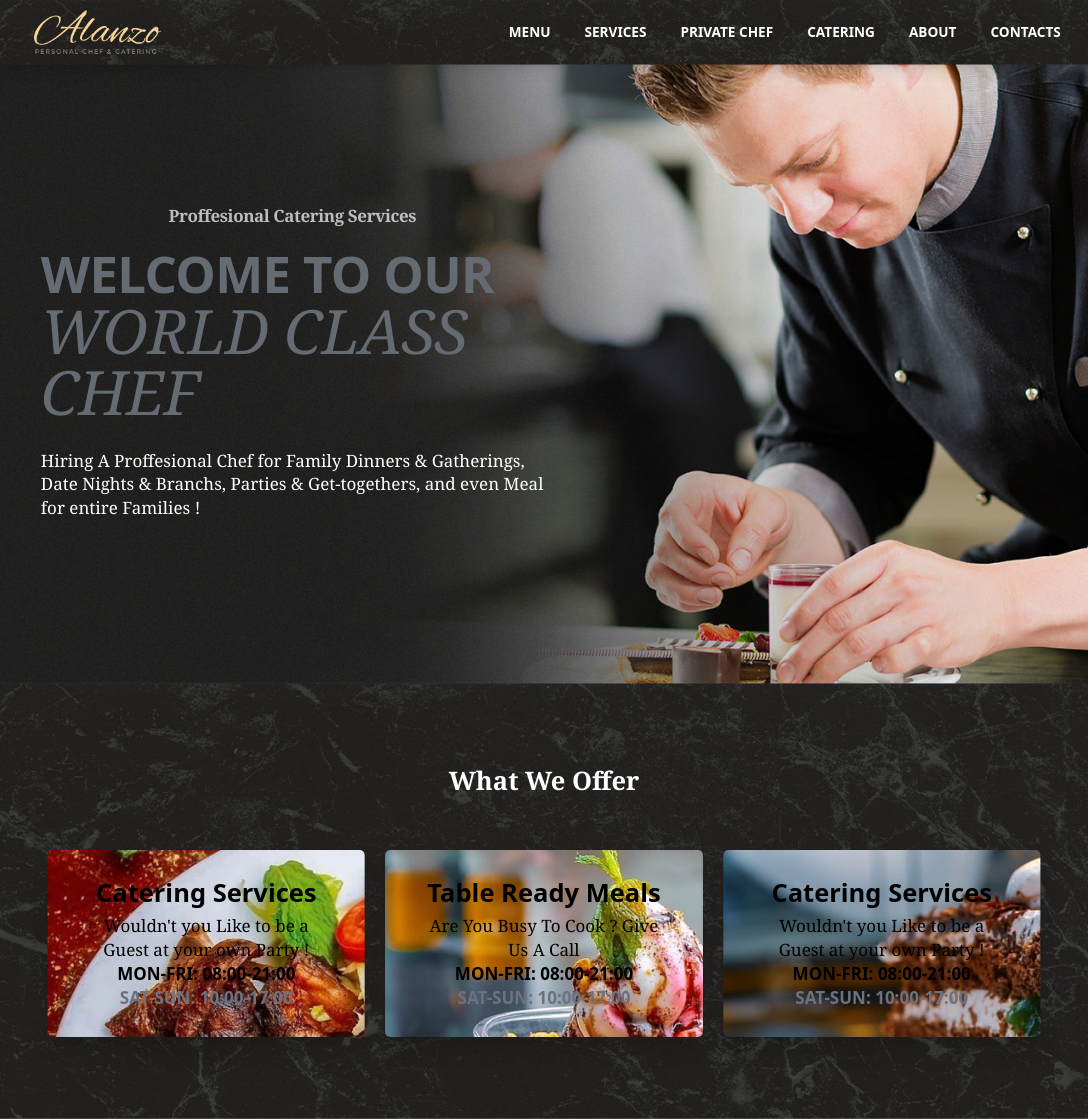
Repository: remydev47/alanzo
Page: /
An editor plug-in stored every save of this project. The page is shown before and after the next save, followed by the edit.
The browser window is 1280 px wide. The pictures show the whole page, at 85% of full size.
The project was rebuilt for these pictures with package versions that can differ from the ones it lists, and the page was loaded fresh each time. The framework's server and built-in components were replaced by stand-ins that run in the browser. Also part of the build but not shown: next.config.js, components/Aboutus.tsx, components/Consulting.tsx, components/Catering.tsx, components/Menu.tsx, components/Testimonials.tsx, components/CTA.tsx, components/Footer.tsx.

Above is the page before, as saved 2022-12-17 12:12:58.

### pages/_app.tsx
import '../styles/globals.css'
import type { AppProps } from 'next/app'
import Navbar from '../components/Navbar'

function MyApp({ Component, pageProps }: AppProps) {
  return (
    <>

      <Component {...pageProps} />
    </>
  )
}

export default MyApp

### pages/index.tsx
import type { NextPage } from 'next'
import Head from 'next/head'
import Image from 'next/image'
import { Hero, Services } from '../components'
import Navbar from '../components/Navbar'


const Home: NextPage = () => {
  return (
    <div className="bg-[url('/images/bg_2.jpg')]">
      <Head>
        <title>Avantos</title>
        <link rel="icon" href="/favicon.ico" />
      </Head>
      <Navbar />
      <Hero />
      <Services />

    </div>
  )
}

export default Home

### components/index.ts
import Hero from "./Hero";
import Services from "./Services";
import Aboutus from "./Aboutus";
import Consulting from "./Consulting";
import Catering from "./Catering";
import Menu from "./Menu";
import Testimonials from "./Testimonials";
import CTA from "./CTA";
import Footer from "./Footer";

export {
    Hero, Services, CTA, Catering, Consulting, Footer, Menu, Aboutus, Testimonials
}

### components/Navbar.tsx
import React from 'react';
import { navLinks } from '../constants';
import Menupopover from './Menupopover';
import Image from 'next/image';
import Logo from './Logo';
import { Button } from './Button';

const Navbar = () => {
  return (
    <header className="fixed inset-x-0 bg-[url('/images/bg_2.jpg')] z-20 flex justify-between items-center py-2 px-2 shadow-lg dark:bg-slate-900 sm:py-3 sm:px-8">
            <div className='flex grow-0 basis-1/3 md:hidden'>
                <Menupopover />
            </div>

             <div className='flex grow-0 ml-2 justify-center md:justify-start'>
                <Logo />

            </div>


            <ul className="list-none sm:flex hidden justify-end items-center flex-1">
            {navLinks.map((nav, index) => (
                <li
                key={nav.id}
                className={`font-bold cursor-pointer text-[16px]
                   ${index === navLinks.length - 1 ? 'mr-0' : 'mr-10'}
                  text-white `}
                >
                    <a>{nav.title}</a>
                </li>
            ))}
           </ul>


        </header>
  )
}

export default Navbar

### components/Hero.tsx
import React from 'react'

const Hero = () => {
  return (
    <section className='relative pt-48 pb-12 xl:pt-60 sm:pb-16 lg:pb-32 xl:pb-48 2xl:pb-56'>
    <div className="absolute inset-0">
     <img className="object-cover w-full h-full" src="/images/hero.jpg" alt="" />
    </div>
   <div className='relative'>
    <div className="px-6 mx-auto sm:px-8 lg:px-12 max-w-7xl">
      <div className="w-full lg:w-2/3 xl:w-1/2">
        <h1 className="font-serif text-xl font-bold tracking-tight text-white text-opacity-70 text-center">Proffesional Catering Services</h1>
        <p className="mt-6 tracking-tighter text-[#656b72]">
          <span className="font-sans font-bold text-6xl">WELCOME TO OUR </span><br />
          <span className="font-serif italic font-BOLD text-7xl">WORLD CLASS CHEF</span>
        </p>
        <p className="mt-8 font-erif text-xl font-serif text-[#fff]">
          Hiring A Proffesional Chef for Family Dinners & Gatherings, Date Nights & Branchs, Parties & Get-togethers, and even Meal for entire Families !
        </p>
      </div>
    </div>
   </div>
  </section>
  )
}

export default Hero

### components/Services.tsx
import React from 'react'
import styles from '../styles'

const Services = () => {
  return (
    <section className={`${styles.paddings} bg-[url('/images/bg_2.jpg')] sm:py-16 lg:py-24`}>
      <div className="px-4 mx-auto max-w-7xl sm:px-6 lg:px-8">
       <div className="max-w-2xl mx-auto text-center">
        <h2 className="text-xl font-bold font-serif leading-tight text-white lg:text-3xl">What We Offer</h2>
       </div>

       <div className="grid max-w-md grid-cols-1 gap-6 mx-auto mt-8 text-center lg:max-w-full lg:mt-16 lg:grid-cols-3">

        <div className="overflow-hidden bg-[url('/images/bg-3.jpg')] shadow-xl border-gray-300 rounded-md">
          <div className="p-8 xl:px-12 flex flex-col items-center justify-center">
             <div className='flex flex-col'>
               <h1 className='text-3xl font-semibold text-black'>Catering Services</h1>
             </div>
             <h2 className='font-normal text-xl font-serif text-black text-center mt-2'>
               Wouldn't you Like to be a Guest at your own Party !
             </h2>
             <p className='text-xl text-black text-center font-bold'>
               MON-FRI: 08:00-21:00
             </p>
             <p className='text-xl text-gray-500 text-center font-bold'>
               SAT-SUN: 10:00-17:00
             </p>
          </div>
        </div>

        <div className="overflow-hidden bg-[url('/images/bg-4.jpg')] shadow-xl border-gray-300 rounded-md">
          <div className="p-8 xl:px-12 flex flex-col items-center justify-center">
             <div className='flex flex-col'>
               <h1 className='text-3xl font-semibold text-black'>Table Ready Meals</h1>
             </div>
             <h2 className='font-normal text-xl font-serif text-black text-center mt-2'>
               Are You Busy To Cook ? Give Us A Call
             </h2>
             <p className='text-xl text-black text-center font-bold'>
               MON-FRI: 08:00-21:00
             </p>
             <p className='text-xl text-gray-500 text-center font-bold'>
               SAT-SUN: 10:00-17:00
             </p>
          </div>
        </div>

        <div className="overflow-hidden bg-[url('/images/bg-5.jpg')] shadow-xl border-gray-300 rounded-md">
          <div className="p-8 xl:px-12 flex flex-col items-center justify-center">
             <div className='flex flex-col'>
               <h1 className='text-3xl font-semibold text-black'>Catering Services</h1>
             </div>
             <h2 className='font-normal text-xl font-serif text-black text-center mt-2'>
               Wouldn't you Like to be a Guest at your own Party !
             </h2>
             <p className='text-xl text-black text-center font-bold'>
               MON-FRI: 08:00-21:00
             </p>
             <p className='text-xl text-gray-500 text-center font-bold'>
               SAT-SUN: 10:00-17:00
             </p>
          </div>
        </div>



       </div>
      </div>
    </section>
  )
}

export default Services

### constants/index.ts
export const navLinks =[
    {
        id:"menu",
        title:"MENU",
    },
    {
        id:"services",
        title:"SERVICES",
    },
    {
        id:"privatechef",
        title:"PRIVATE CHEF",
    },
    {
        id:"catering",
        title:"CATERING",
    },
    {
        id:"aboutus",
        title:"ABOUT",
    },
    {
        id:"contacts",
        title:"CONTACTS",
    },
]

### components/Menupopover.tsx
import React, {useState, Fragment} from 'react';
import { navLinks } from '../constants';
import { IconButton, Button } from './Button';
import { Transition, Dialog } from '@headlessui/react';
import Logo from './Logo';
import Image from 'next/image';

const Menupopover = () => {
  const [isOpen, setIsOpen] = useState(false)

  return (
    <div>
    <IconButton
      variant='ghost'
      aria-label='menu'
      onClick={() => setIsOpen(!isOpen)}
    >
      <svg className='w-6 h-6 ' fill='none' stroke='currentColor'>
        <path
          strokeLinecap='round'
          strokeLinejoin='round'
          strokeWidth={2}
          d='M4 6h16M4 12h16M4 18h16'
        />
      </svg>
    </IconButton>
    <Transition
      show={isOpen}
      appear
      as={Fragment}
      enter='transform transition ease-in-out duration-300'
      enterFrom='-translate-x-full'
      enterTo='translate-x-0'
      leave='transform transition ease-in-out duration-300 delay-200'
      leaveFrom='translate-x-0'
      leaveTo='-translate-x-full'
     >
     <Dialog
       as='div'
       className={`fixed inset-0 z-50`}
       onClose={setIsOpen}
       open={isOpen}
       >
       <Transition.Child
         as={Fragment}
         enter='ease-out duration-300 delay-300'
         enterFrom='opacity-0'
         enterTo='opacity-100'
         leave='ease-in duration-200'
         leaveFrom='opacity-100'
         leaveTo='opacity-0'
       >

        <Dialog.Overlay
          className={`fixed inset-0 bg-black/20 backdrop-blur-sm dark:bg-gray-900/80`}
         />
      </Transition.Child>
       <div className={styles.dialogcontainer}>
        <a className='mx-auto mt-4 flex w-[140px] '>
          <Logo />
        </a>
        <ul
            className={styles.navWrapper2}
         >
            {navLinks.map((nav, index) => (
                <li
                 key={nav.id}
                 className={` font-bold cursor-pointer text-[16px]
                  mt-2 border-t border-slate-200 py-4 dark:border-slate-600
                  ${index === navLinks.length - 1 ? 'mr-0' : 'mb-4'}
                  text-white `}
                >
                 <a href={`#${nav.id}`}>
                    {nav.title}
                 </a>
                </li>
             ))}
         </ul>

        <IconButton
          variant='ghost'
          aria-label='close menu'
          className='absolute top-5 right-5'
          onClick={() => setIsOpen(false)}
        >
          <svg
            viewBox='0 0 10 10'
            className='h-2.5 w-2.5 overflow-visible'
            aria-hidden='true'
          >
            <path
                d='M0 0L10 10M10 0L0 10'
                fill='none'
                stroke='currentColor'
                strokeWidth='2'
                strokeLinecap='round'
              />
          </svg>
        </IconButton>
       </div>
     </Dialog>
    </Transition>
  </div>
  )
}

export default Menupopover;

const styles ={
  dialogcontainer:`fixed top-0 bottom-0 left-0 w-full max-w-xs rounded-r-xl bg-[#092341] p-6 shadow-lg dark:bg-gray-800`,
  menuitems:`group relative flex h-9 items-center oveflow-hidden rounded-md hover:bg-slate-200/50`,
  navWrapper2:`list-none flex flex-col justify-end items-center flex-1`,
}

### components/Logo.tsx
import React from 'react'
import Image from 'next/image'

const Logo = () => {
  return (
    <div>
      <Image
        src='/images/logo.png'
        alt='Alanzo'
        height={60}
        width={150}
      />
    </div>
  )
}

export default Logo

### styles/index.ts
const styles = {
    innerWidth: '2xl:max-w-[1280px] w-full',
    interWidth: 'lg:w-[80%] w-[100%]',

    paddings: 'sm:p-16 xs:p-8 px-6 py-12',
    yPaddings: 'sm:py-16 xs:py-8 py-12',
    xPaddings: 'sm:px-16 px-6',
    topPaddings: 'sm:pt-16 xs:pt-8 pt-12',
    bottomPaddings: 'sm:pb-16 xs:pb-8 pb-12',

    flexCenter: 'flex justify-center items-center',
    flexStart: 'flex justify-start items-start',
    flexEnd: 'flex justify-end',
    navPadding: 'pt-[98px]',

    // hero section
    heroHeading:
        'font-bold lg:text-[144px] md:text-[100px] sm:text-[60px] text-[44px] lg:leading-[158.4px] md:leading-[114.4px] sm:leading-[74.4px] leading-[64.4px] uppercase text-white',
    heroDText:
        'md:w-[212px] sm:w-[80px] w-[60px] md:h-[108px] sm:h-[48px] h-[38px] md:border-[18px] border-[9px] rounded-r-[50px] border-white sm:mx-2 mx-[6px]',
  };

  export default styles;

### components/Button/index.tsx
import React, { forwardRef } from "react";
//import { __DEV__ } from "../../utils/assertions";

type BaseButtonProps = Omit<React.HTMLProps<HTMLButtonElement>, "size">;

/* === Button Element === */

export interface ButtonProps extends BaseButtonProps {
  children: React.ReactNode;
  fullWidth?: boolean;
  className?: string;
  variant?: "solid" | "outline" | "ghost";
  size?: "sm" | "md" | "lg";
  as?: string;
  isExternal?: boolean;
  type?: "button" | "submit" | "reset";
}

export const Button = forwardRef<HTMLButtonElement, ButtonProps>(
  (
    {
      children,
      variant = "solid",
      size = "md",
      fullWidth = false,
      className,
      as = "button",
      isExternal = false,
      ...rest
    },
    ref
  ) => {
    let tempClassNames: string[] = [];

    const sharedClasses = [
      "capitalize",
      "focus:outline-none",
      "focus:ring-2",
      "focus:ring-indigo-400",
      "focus:ring-offset-2",
      "focus:ring-offset-indigo-50",
      "font-semibold",
      "rounded-full",
      "inline-flex",
      "flex-shrink-0",
      "items-center",
      "justify-center",
      "transition-colors",
      "ease-in-out",
      "duration-500",
    ];

    if (fullWidth) sharedClasses.push("w-full");

    // handle variants
    let btnSolid = ["bg-indigo-600", "hover:bg-indigo-700", "text-white"];
    let btnOutline = [
      "dark:text-white",
      "hover:text-indigo-700",
      "hover:dark:text-indigo-700",
      "bg-transparent",
      "hover:bg-indigo-50",
      "border",
      "border-indigo-600",
    ];
    let btnGhost = [
      "bg-transparent",
      "dark:text-white",
      "hover:bg-indigo-50",
      "hover:text-indigo-700",
      "hover:dark:text-indigo-700",
    ];

    if (variant === "solid") {
      tempClassNames = [...sharedClasses, ...btnSolid];
    } else if (variant === "outline") {
      tempClassNames = [...sharedClasses, ...btnOutline];
    } else if (variant === "ghost") {
      tempClassNames = [...sharedClasses, ...btnGhost];
    }

    // handle sizes
    let sizeSm = ["h-8", "px-2", "text-sm"];
    let sizeMd = ["h-10", "px-3"];
    let sizeLg = ["h-12", "px-4", "text-lg"];

    if (size === "sm") {
      tempClassNames = [...tempClassNames, ...sizeSm];
    } else if (size === "md") {
      tempClassNames = [...tempClassNames, ...sizeMd];
    } else if (size === "lg") {
      tempClassNames = [...tempClassNames, ...sizeLg];
    }

    let classes = tempClassNames.join(" ");

    let Element = as ? (
      React.createElement(
        as,
        {
          className: `${classes} ${className}`,
          target: isExternal ? "_blank" : undefined,
          rel: isExternal ? "noopener noreferrer" : undefined,
          ref,
          ...rest,
        },
        children
      )
    ) : (
      <button {...rest} className={`${classes} ${className}`} ref={ref}>
        {children}
      </button>
    );

    return Element;
  }
);

// if (__DEV__) {
//   Button.displayName = "Button";
// }

/* === IconButton Element === */

export interface IconButtonProps extends ButtonProps {
  icon?: React.ReactElement;
  "aria-label": string;
}

export const IconButton = forwardRef<HTMLButtonElement, IconButtonProps>(
  (
    {
      children,
      icon,
      className,
      "aria-label": ariaLabel,
      size = "md",
      ...rest
    },
    ref
  ) => {
    let sharedClasses = ["rounded-full", "!px-0"];

    // handle sizes
    let sizeSm = ["w-8"];
    let sizeMd = ["w-10"];
    let sizeLg = ["w-12"];

    if (size === "sm") {
      sharedClasses = [...sharedClasses, ...sizeSm];
    } else if (size === "md") {
      sharedClasses = [...sharedClasses, ...sizeMd];
    } else if (size === "lg") {
      sharedClasses = [...sharedClasses, ...sizeLg];
    }

    /**
     * Passing the icon as prop or children should work
     */
    const element = icon || children;
    const _children = React.isValidElement(element)
      ? React.cloneElement(element as any, {
          "aria-hidden": true,
          focusable: false,
        })
      : null;

    let classes = sharedClasses.join(" ");
    return (
      <Button
        className={`${classes} ${className}`}
        aria-label={ariaLabel}
        size={size}
        {...rest}
        ref={ref}
      >
        {_children}
      </Button>
    );
  }
)

### tailwind.config.js
/** @type {import('tailwindcss').Config} */
module.exports = {
  content: [
    './pages/**/*.{js,ts,jsx,tsx}',
    './components/**/*.{js,ts,jsx,tsx}',
  ],
  theme: {
    extend: {
      backgroundImage: {
        'bg_2': "url('/images/bg_2.jpg')",
        'bg-3': "url('/images/bg-3.jpg')",
        'bg-4': "url('/images/bg-4.jpg')",
        'bg-5': "url('/images/bg-5.jpg')",
      },
      colors: {
        'primary-black': '#1A232E',
        'secondary-white': '#c7c7c7',
      },
    },
  },
  plugins: [],
}

Loaded but not shown: styles/globals.css (common file)

After the next save:
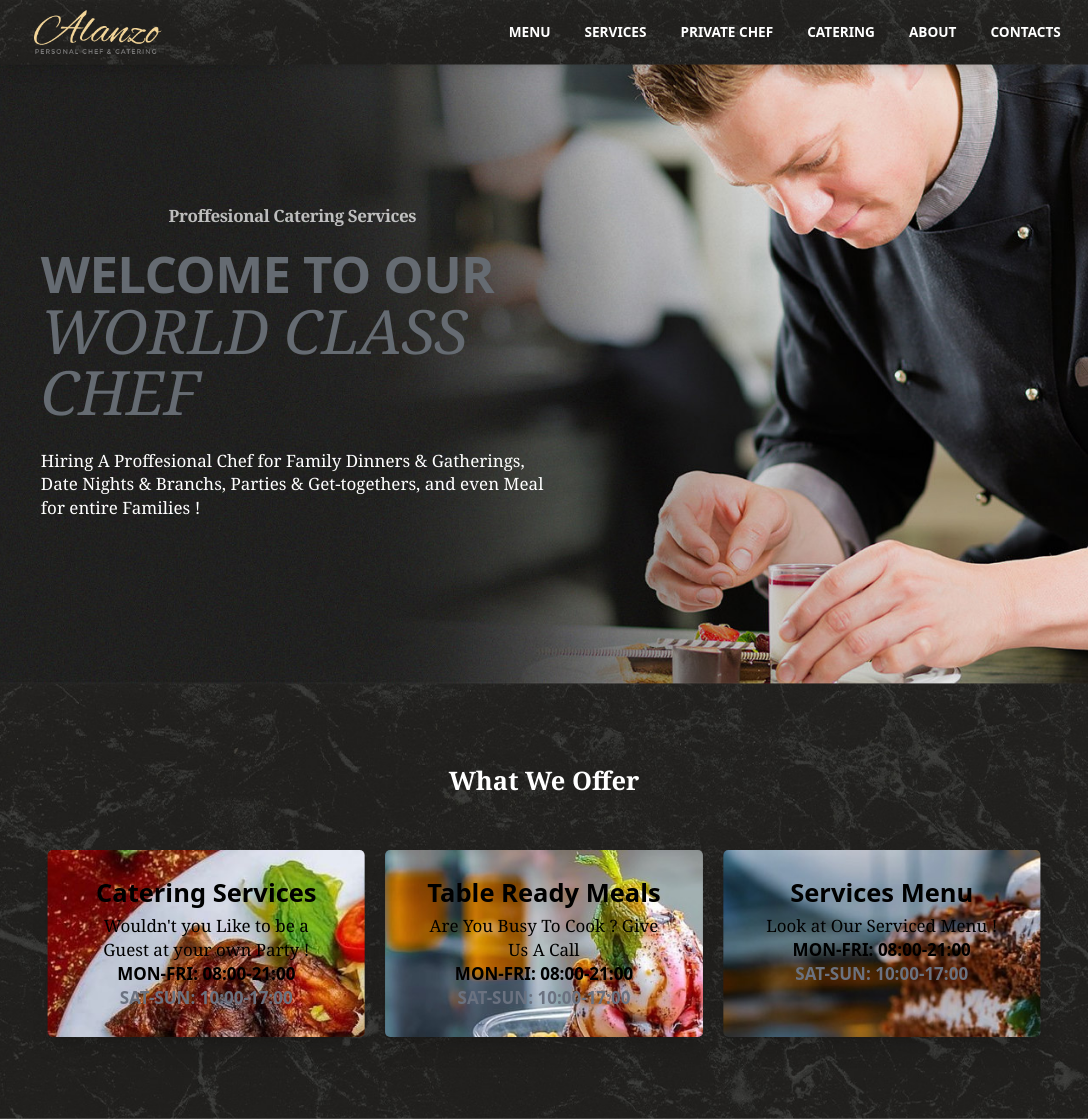
Saved 44 s later.
--- a/components/Services.tsx
+++ b/components/Services.tsx
@@ -48,10 +48,10 @@
         <div className="overflow-hidden bg-[url('/images/bg-5.jpg')] shadow-xl border-gray-300 rounded-md">
           <div className="p-8 xl:px-12 flex flex-col items-center justify-center">
              <div className='flex flex-col'>
-               <h1 className='text-3xl font-semibold text-black'>Catering Services</h1>
+               <h1 className='text-3xl font-semibold text-black'>Services Menu</h1>
              </div>
              <h2 className='font-normal text-xl font-serif text-black text-center mt-2'>
-               Wouldn't you Like to be a Guest at your own Party !
+               Look at Our Serviced Menu !
              </h2>
              <p className='text-xl text-black text-center font-bold'>
                MON-FRI: 08:00-21:00
